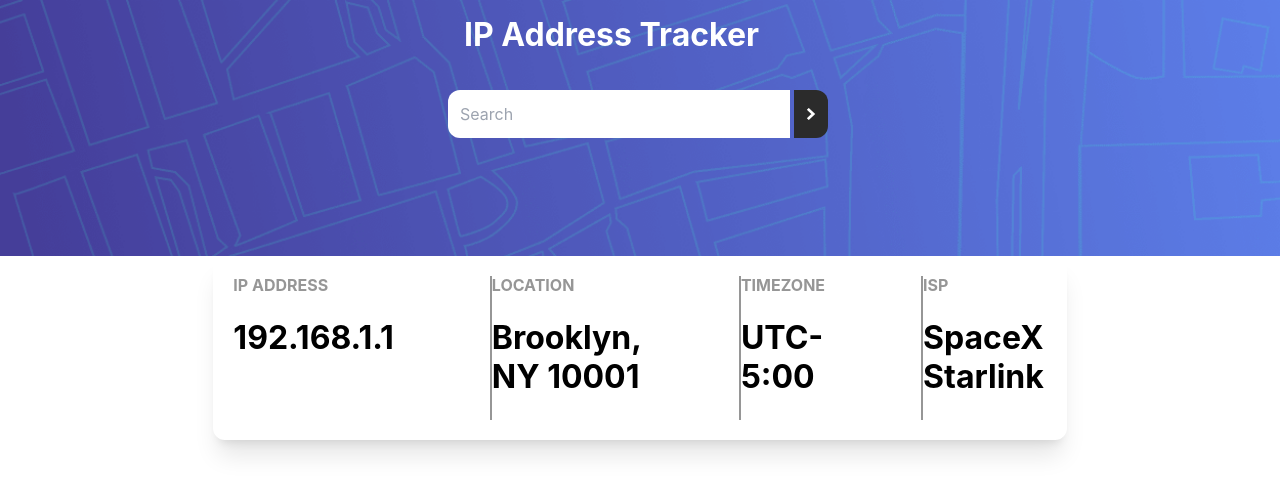
Repository: Dealsy/IP-Tracker
Page: /
These files come from the project's save history. The page is drawn as it stood at one moment and after a run of saves; the edit follows.
The browser window is 1280 px wide. The pictures show the whole page.
The project was rebuilt for these pictures with package versions that can differ from the ones it lists, and the page was loaded fresh each time. The framework's server and built-in components were replaced by stand-ins that run in the browser. Also part of the build but not shown: next.config.js.

Above is the page before, as saved 2022-04-21 22:30:31.

After the next 2 saves:
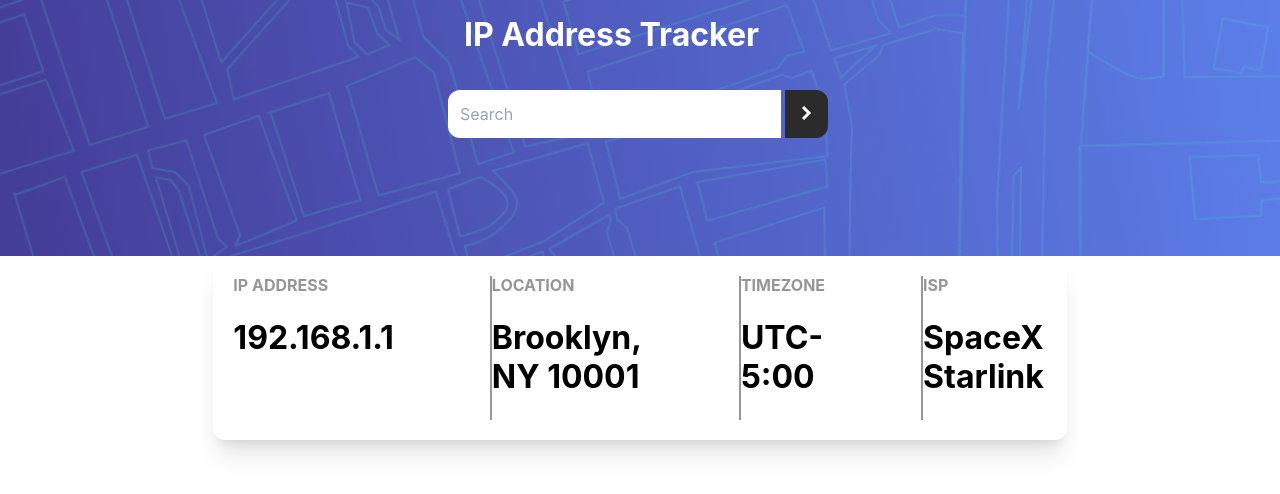
The 2 saves are shown as one change because they came seconds apart.
The last was saved 7 s later.
--- a/pages/index.js
+++ b/pages/index.js
@@ -21,7 +21,7 @@ export default function Home() {
                 type="search"
                 placeholder="Search"
               />
-              <button className="bg-Dark-Gray p-3  rounded-r-xl hover:bg-hoverGray m-1 w-10">
+              <button className="bg-Dark-Gray p-3  rounded-r-xl hover:bg-hoverGray m-1 w-14">
                 {" "}
                 <Image src={Arrow} alt="Arrow" />{" "}
               </button>
